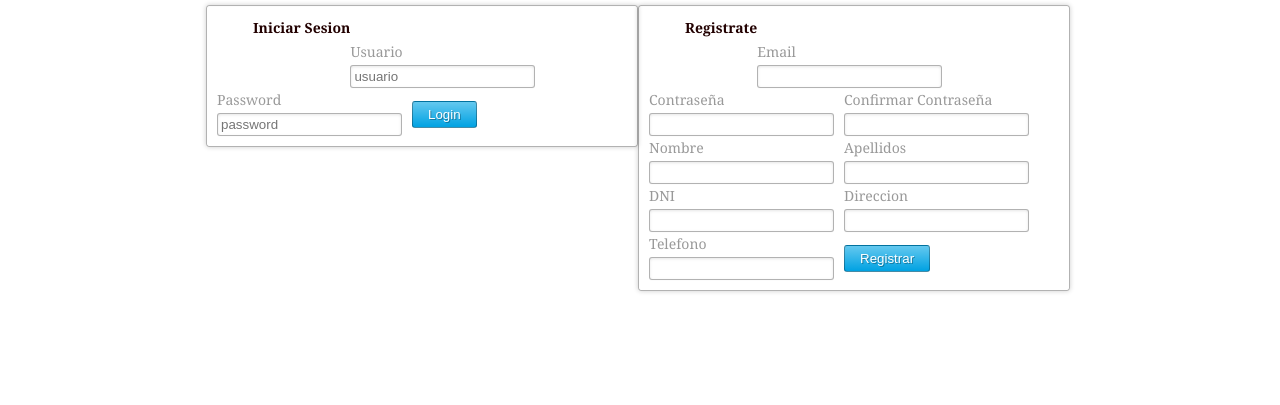
Repository: ProSoft-PDSI/sdsddo
Page: http://localhost/sdsr/LoginRegistro.jsp
These files come from the project's save history. The page is drawn as it stood at one moment and after the next save; the edit follows.
The browser window is 1280 px wide. The pictures show the whole page.
The page is served by Tomcat 9. Other server files are loaded and not shown.

Above is the page before, as saved 2014-07-20 01:59:36.
Console error: TypeError: Cannot read properties of undefined (reading 'appendTo')

### Web/sdsr/WebContent/LoginRegistro.jsp
<%@ page language="java" contentType="text/html; charset=ISO-8859-1"
    pageEncoding="ISO-8859-1"%>
<%@ taglib prefix="c" uri="http://java.sun.com/jsp/jstl/core" %>
<!DOCTYPE html>
<html lang="es">
<head>
<title></title>
<meta charset="utf-8" />
<%@ include file="Carga.jsp" %>
<style type="text/css">
body {
	Background: transparent;
}
</style>
</head>
<body id="page5">
<div class="body6" id="marco">
	<div class="body1" id="marco">
		<div class="main">
<!-- content -->
			<article id="content">
				<div class="wrap">


					<div>
					<form id="ContactForm">
						<section class="loginform cf">
						   <form name="login" action="index_submit" method="get" accept-charset="utf-8">
							<ul>
							    <h1>Registrate</h1>
								<li>
									<label for="usermail"><br>Email</label>
									<input type="text" name="usermail"  required>
								</li>
								<li>
									<label for="password">Contraseña</label>
									<input type="text" name="password"  required>
								</li>
								<li>
									<label for="password">Confirmar Contraseña</label>
									<input type="text" name="password"  required>
								</li>
								<li>
									<label for="Nombre">Nombre</label>
									<input type="text" name="Nombre"  required>
								</li>
								<li>
									<label for="Apellido">Apellidos</label>
									<input type="text" name="Apellido"  required>
								</li>
								<li>
									<label for="Number">DNI</label>
									<input type="text" name="Number"  required>
								</li>
								<li>
									<label for="Direccion">Direccion</label>
									<input type="text" name="Direccion"  required>
								</li>
								<li>
									<label for="Number">Telefono</label>
									<input type="text" name="Number"  required>
								</li>
								<li>
									<input type="submit" value="Registrar">
								</li>
							</ul>
						</form>
					</section>
							</form>
						</div>
				 <div>
					<form id="ContactForm">
						<section class="loginform cf">
							<form name="login" action="index_submit" method="get" accept-charset="utf-8">
								<ul>
								   <h1> Iniciar Sesion </h1>
									<li>
										<label for="usuario"><br>Usuario</label>
										<input type="text" name="usuario" placeholder="usuario" required>
									</li>
									<li>
										<label for="password">Password</label>
										<input type="password" name="contrasenia" placeholder="password" required></li>
									<li>
										<input type="submit" value="Login">
									</li>
								</ul>
								</form>
						</section>
					</form>
					</div>
				</div>
			</article>
		</div>
	</div>
</div>
<script type="text/javascript"> Cufon.now(); </script>
</body>

</html>

### Web/sdsr/WebContent/Carga.jsp
<link rel="stylesheet" href="css/reset.css" type="text/css" media="all">
<link rel="stylesheet" href="css/layout.css" type="text/css" media="all">
<link rel="stylesheet" href="css/style.css" type="text/css" media="all">
<link rel="stylesheet" href="css/estilos.css" type="text/css" media="all">
<script type="text/javascript" src="js/jquery-1.6.js" ></script>
<script type="text/javascript" src="js/cufon-yui.js"></script>
<script type="text/javascript" src="js/cufon-replace.js"></script>
<script type="text/javascript" src="js/Forum_400.font.js"></script>
<script type="text/javascript" src="js/jquery.easing.1.3.js"></script>
<script type="text/javascript" src="js/tms-0.3.js"></script>
<script type="text/javascript" src="js/tms_presets.js"></script>
<script type="text/javascript" src="js/script.js"></script>
<script type="text/javascript" src="js/atooltip.jquery.js"></script>

### Web/sdsr/WebContent/css/layout.css
.col1, .col2, .col3, .cols  {float:left}
.cols {width:300px}
.col1 {width:630px}
.col2 {width:240px}
.col3 {width:570px}
/* index.html */
/* index-1.html */
#page2 .box .list1 {margin-top:-7px}
/* index-2.html */
#page3 h2.letter_spacing {word-spacing:-2px}
/* index-3.html */
#page4 .box .list1 {margin-top:-7px}
#page4 h2.pad_bot1 {padding-bottom:5px}
/* index-4.html */
#page5 .box > div {background: url(../images/box_top2.png) top center no-repeat}
#page5 #content2 h2 {padding-bottom:4px}
/* index-5.html */
/* index-6.html */

### Web/sdsr/WebContent/css/style.css
/* Getting the new tags to behave */
article, aside, audio, canvas, command, datalist, details, embed, figcaption, figure, footer, header, hgroup, keygen, meter, nav, output, progress, section, source, video {display:block}
mark, rp, rt, ruby, summary, time {display:inline}
/* Left & Right alignment */
.left {float:left}
.right {float:right}
.wrapper {width:100%;overflow:hidden}
.wrap{overflow:hidden;width:965px;margin-left:-5px;padding-left:5px}
/* Global properties */
body {background:url(../images/bg_bot.jpg) center 0 repeat #faf3ed;border:0;font:14px Georgia, "Times New Roman", Times, serif;color:#200;line-height:24px}
.ic, .ic a {border:0;float:right;background:#fff;color:#f00;width:50%;line-height:10px;font-size:10px;margin:-220% 0 0 0;overflow:hidden;padding:0}
.css3{border-radius:8px;-moz-border-radius:8px;-webkit-border-radius:8px;box-shadow:0 0 4px rgba(0, 0, 0, .4);-moz-box-shadow:0 0 4px rgba(0, 0, 0, .4);-webkit-box-shadow:0 0 4px rgba(0, 0, 0, .4);position:relative}
/* Global Structure */
.main {	margin:0 auto;	width:960px}
.body1 {background:url(../images/restaurant.jpg) top center no-repeat}
.body2 {background:#faf3ed}
.body3 {background:url(../images/bg_bot.jpg) top center repeat}
.body4 {background:url(../images/bg_bot_img.jpg) top center no-repeat}
.body5 {background:url(../images/slider_shadow.png) center 508px no-repeat}
.body6 {background:url(../images/bg_top.jpg) top repeat-x}
/* main layout */
a {color:#a80002;text-decoration:none;outline:none}
a:hover {text-decoration:underline}
h1 {float:left;padding:0px 0 0 36px}
h2 {font-size:41px;line-height:1.2em;color:#200000;padding:16px 0 12px 0;letter-spacing:-2px}
h2.letter_spacing {letter-spacing:-3px}
h3 {font-size:27px;color:#230000;line-height:1.2em;padding:20px 0 9px 0;letter-spacing:-1px}
h3 span {color:#a80002}
p {padding-bottom:24px}
/* header */
header {height:121px;padding-top:31px;width:100%;overflow:hidden}
label {
	display: block;
	color: #999;
}
.cf:before,
.cf:after {
    content: "";
    display: table;
}

.cf:after {
    clear: both;
}
.cf {
    *zoom: 1;
}
:focus {
	outline: 0;
}
.loginform {
	width: 410px;
	margin: 10px auto;
	padding: 10px;
	border-radius: 3px;
    box-shadow: 0px 0px 5px 0px rgba(0, 0, 0, 0.2),
    			inset 0px 1px 0px 0px rgba(250, 250, 250, 0.5);
    border: 1px solid rgba(0, 0, 0, 0.3);
    float: right;
}
.loginform ul {
	padding: 0;
	margin: 0;
}
.loginform li {
	display: inline;
	float: left;
}
.loginform input:not([type=submit]) {
	padding: 3px;
	margin-right: 10px;
	border: 1px solid rgba(0, 0, 0, 0.3);
	border-radius: 3px;
	box-shadow: inset 0px 1px 3px 0px rgba(0, 0, 0, 0.1),
				0px 1px 0px 0px rgba(250, 250, 250, 0.5) ;
}
.loginform input[type=submit] {
	border: 1px solid rgba(0, 0, 0, 0.3);
	background: #64c8ef; /* Old browsers */
	background: -moz-linear-gradient(top,  #64c8ef 0%, #00a2e2 100%); /* FF3.6+ */
	background: -webkit-gradient(linear, left top, left bottom, color-stop(0%,#64c8ef), color-stop(100%,#00a2e2)); /* Chrome,Safari4+ */
	background: -webkit-linear-gradient(top,  #64c8ef 0%,#00a2e2 100%); /* Chrome10+,Safari5.1+ */
	background: -o-linear-gradient(top,  #64c8ef 0%,#00a2e2 100%); /* Opera 11.10+ */
	background: -ms-linear-gradient(top,  #64c8ef 0%,#00a2e2 100%); /* IE10+ */
	background: linear-gradient(to bottom,  #64c8ef 0%,#00a2e2 100%); /* W3C */
	filter: progid:DXImageTransform.Microsoft.gradient( startColorstr='#64c8ef', endColorstr='#00a2e2',GradientType=0 ); /* IE6-9 */
	color: #fff;
	padding: 5px 15px;
	margin-right: 0;
	margin-top: 13px;
	border-radius: 3px;
	text-shadow: 1px 1px 0px rgba(0, 0, 0, 0.3);
}

.ac_content h1{
	color:#fff;
	display:block;
	float:left;
	width:80px;
	height:20px;
	padding:0px;
	font-size:28px;
	font-weight:bold;
	line-height:30px;
	margin-right:1px;
}
.ac_content h1 span{
	display:block;
	font-weight:normal;
	font-size:18px;
}

#top_nav {float:right;padding:4px 43px 30px 0}
#top_nav li {float:left;padding:3px 26px 5px 0;background:url(../images/top_line.gif) right 0 no-repeat;margin-right:25px}
#top_nav li a {display:block;line-height:0}
#top_nav .end {background:none;padding-right:0;margin-right:0}
#menu {width:633px;float:right;padding:0 0 0 0}
#menu li {float:left;padding-left:3px}
#menu li a {display:block;font-size:24px;color:#faf3ed;line-height:75px;padding:0 15px;height:60px;letter-spacing:-1px}
/* #menu li a {display:block;font-size:24px;color:#faf3ed;line-height:100px;padding:0 15px;height:80px;letter-spacing:-1px}*/
#menu li a:hover, #menu .active a {text-decoration:none;background:url(../images/menu_bg.png) repeat}
.slider_bg {width:100%;height:404px;background: url(../images/bg_slider.jpg) 0 0 no-repeat;position:relative;overflow:hidden;box-shadow:0 0 5px rgba(0, 0, 0, .4);-moz-box-shadow:0 0 5px rgba(0, 0, 0, .4);-webkit-box-shadow:0 0 5px rgba(0, 0, 0, .4);margin-bottom:35px}
.slider {top:10px;right:10px;position:absolute;z-index:1;width:920px}
.slider .items {display:none}
.slider .pic {float:right;position:relative}
.banner {left:0px;top:0;position:absolute;width:271px;z-index:2;text-align:center}
.banner strong {font-size:52px;color:#bf0f0a;display:block;line-height:1.2em;text-transform:uppercase;padding:55px 0 0 0;letter-spacing:-2px}
.banner strong span {display:block;margin-top:-16px}
.banner b {display:block;font-size:27px;color:#312826;text-transform:uppercase;padding:0 0 23px 0;line-height:1.2em;letter-spacing:-1px}
.banner p {background:url(../images/quot1.png) 0 0 no-repeat}
.banner p span {display:block;background:url(../images/quot2.png) right bottom no-repeat;padding:0 0 0 0;color:#6c5f5b;padding-bottom:2px}
.slider .pagination {position:absolute;z-index:2;bottom:10px;left:107px}
.slider .pagination li {float:left;padding-right:3px}
.slider .pagination a {display:block;width:17px;height:17px;text-indent:-9999px;background:url(../images/buttons.png) right 0 no-repeat}
.slider .pagination a:hover, .slider .pagination .current a {background-position:left}
/* content */
#content {padding-bottom:40px}
#content2 {padding-bottom:31px}
.pad_left1 {padding-left:30px}
.pad_bot1 {padding-bottom:13px}
.pad_bot2 {padding-bottom:24px}
.marg_right1 {margin-right:20px}
.box {background:url(../images/box_bg.png) repeat;color:#faf3ed;box-shadow:0 0 5px rgba(0, 0, 0, .4);-moz-box-shadow:0 0 5px rgba(0, 0, 0, .4);-webkit-box-shadow:0 0 5px rgba(0, 0, 0, .4)}
.box > div {background:url(../images/box_top.png) 0 top no-repeat;padding:30px;padding-top:0;overflow:hidden}
.box h2 {color:#a80002;padding:15px 0 12px 0}
.box h2 span {color:#faf3ed}
.box figure {padding-bottom:13px}
.list1 li a {font-style:italic;padding-left:12px;background:url(../images/marker_1.gif) 1px 8px no-repeat;color:#faf3ed}
.list_1 {color:#fff}
.list_1:hover {text-decoration:none}
.button1 {display:inline-block;font-size:20px;color:#faf3ed;line-height:34px;padding:0 15px;background:#a80002;letter-spacing:-1px}
.button1:hover {text-decoration:none;color:#1e0000;background:#faf3ed}
.testimonials li span {float:left;width:40px;height:40px;font-size:30px;color:#faf3ed;line-height:34px;text-align:center;background:#a80002;margin-right:20px}
.testimonials li p {float:left;width:180px;padding-bottom:15px}
.testimonials li img {padding-top:2px}
.line1 {background:url(../images/line_vert1.gif) 285px 0 repeat-y}
.line2 {background:url(../images/line_vert1.gif) 615px 0 repeat-y}
.price {margin-top:-7px}
.price li {overflow:hidden;background:url(../images/price_bg.gif) 0 -6px repeat-x}
.price a {float:left;color:#220000;background:url(../images/marker_2.gif) 1px 11px no-repeat #faf3ed;padding-left:12px}
.price a:hover {text-decoration:none;color:#a80002}
.price span {float:right;background:#faf3ed}
.address {padding-bottom:0}
.address span {float:left;width:84px}
/* footer */
footer {height:138px;font:13px "Trebuchet MS", Arial, Helvetica, sans-serif;color:#696969;line-height:18px}
footer a {color:#c53005;text-decoration:underline}
footer a:hover {text-decoration:none}
#icons {padding:5px 0 0 0}
#icons li {float:left;padding-right:9px}
/* Tooltips */
.aToolTip {background:#a80002;color:#fff;	margin:0;padding:2px 10px 3px;font-size:11px;position:absolute;line-height:17px}
.aToolTip .aToolTipContent {position:relative;	margin:0;padding:0}
/* forms */
#ContactForm {margin-top:-5px;width:910px}
#ContactForm span {float:left;width:111px;line-height:20px}
#ContactForm .wrapper {min-height:24px}
#ContactForm .textarea_box {min-height:170px;width:100%;overflow:hidden;padding-bottom:9px}
#ContactForm {}
#ContactForm a {margin-left:20px;float:right}
#ContactForm .input {width:399px;height:18px;background:#faf3ed;padding:1px 5px;color:#220000;font:14px Georgia, "Times New Roman", Times, serif;margin:0;float:left}
#ContactForm textarea {overflow:auto;width:789px;height:163px;background:#faf3ed;padding:1px 5px;color:#220000;font:14px Georgia, "Times New Roman", Times, serif;margin:0}

### Web/sdsr/WebContent/css/estilos.css
#marco{
	background: transparent;
}

.marco{
	height:80em;
	width:101%;
}

### Web/sdsr/WebContent/js/cufon-replace.js
Cufon.replace('#menu a, .banner strong, .banner b, h2, h3', { fontFamily: 'Forum', hover:true });

### Web/sdsr/WebContent/js/atooltip.jquery.js
/*
	jQuery Version:				jQuery 1.3.2
	Plugin Name:				aToolTip V 1.0
	Plugin by: 					Ara Abcarians: http://ara-abcarians.com
	License:					aToolTip is licensed under a Creative Commons Attribution 3.0 Unported License
								Read more about this license at --> http://creativecommons.org/licenses/by/3.0/
*/
(function($) {
    $.fn.aToolTip = function(options) {

    	// setup default settings
    	var defaults = {
    		clickIt: false,
    		closeTipBtn: 'aToolTipCloseBtn',
    		fixed: false,
    		inSpeed: 200,
    		outSpeed: 0,
    		tipContent: '',
    		toolTipClass: 'aToolTip',
    		xOffset: 5,
    		yOffset: 5
    	},

    	// This makes it so the users custom options overrides the default ones
    	settings = $.extend({}, defaults, options);

		return this.each(function() {
			var obj = $(this);
			// Decide weather to use a title attr as the tooltip content
			if(obj.attr('title')){
				// set the tooltip content/text to be the obj title attribute
				var tipContent = obj.attr('title');
			} else {
				// if no title attribute set it to the tipContent option in settings
				var tipContent = settings.tipContent;
			}

			// check if obj has a title attribute and if click feature is off
			if(tipContent && !settings.clickIt){
				// Activate on hover
				obj.hover(function(el){
					obj.attr({title: ''});
					$('body').append("<div class='"+ settings.toolTipClass +"'><p class='aToolTipContent'>"+ tipContent +"</p></div>");
					$('.' + settings.toolTipClass).css({
						position: 'absolute',
						display: 'none',
						zIndex: '50000',
						top: (obj.offset().top - $('.' + settings.toolTipClass).outerHeight() - settings.yOffset) + 'px',
						left: (obj.offset().left + 1/2*(obj.outerWidth()) + settings.xOffset) + 'px'
					})
					.stop().fadeIn(settings.inSpeed);
			    },
				function(){
					// Fade out
					$('.' + settings.toolTipClass).stop().fadeOut(settings.outSpeed, function(){$(this).remove();});
			    });
		    }

		    // Follow mouse if fixed is false and click is false
		    if(!settings.fixed && !settings.clickIt){
				obj.mousemove(function(el){
					$('.' + settings.toolTipClass).css({
						top: (el.pageY - $('.' + settings.toolTipClass).outerHeight() - settings.yOffset),
						left: (el.pageX + settings.xOffset)
					})
				});
			}

		    // check if click feature is enabled
		    if(tipContent && settings.clickIt){
				// Activate on click
				obj.click(function(el){
					obj.attr({title: ''});
					$('body').append("<div class='"+ settings.toolTipClass +"'><p class='aToolTipContent'>"+ tipContent +"</p></div>");
					$('.' + settings.toolTipClass).append("<a class='"+ settings.closeTipBtn +"' href='#' alt='close'>close</a>");
					$('.' + settings.toolTipClass).css({
						position: 'absolute',
						display: 'none',
						zIndex: '50000',
						top: (obj.offset().top - $('.' + settings.toolTipClass).outerHeight() - settings.yOffset) + 'px',
						left: (obj.offset().left + obj.outerWidth() + settings.xOffset) + 'px'
					})
					.fadeIn(settings.inSpeed);
					// Click to close tooltip
					$('.' + settings.closeTipBtn).click(function(){
						$('.' + settings.toolTipClass).fadeOut(settings.outSpeed, function(){$(this).remove();});
						return false;
					});
					return false;
			    });
		    }

		}); // END: return this

		// returns the jQuery object to allow for chainability.
        return this;
    };
})(jQuery);

$(document).ready(function() {
		// tool tip
	$('.normaltip').aToolTip({
    	toolTipClass: 'aToolTip'});

})

Loaded but not shown: Web/sdsr/WebContent/css/reset.css (common file); Web/sdsr/WebContent/js/jquery-1.6.js (library); Web/sdsr/WebContent/js/cufon-yui.js (library); Web/sdsr/WebContent/js/Forum_400.font.js (library); Web/sdsr/WebContent/js/jquery.easing.1.3.js (library); Web/sdsr/WebContent/js/script.js (common file); Web/sdsr/WebContent/js/tms_presets.js (489 lines, source omitted); Web/sdsr/WebContent/js/tms-0.3.js (395 lines, source omitted)

After the next save:
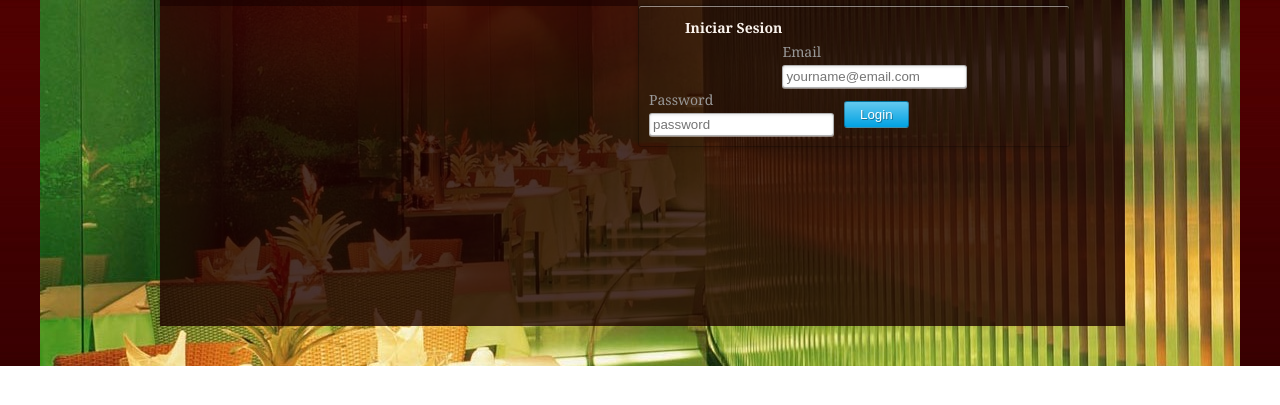
Saved 3 min 21 s later.
--- a/Web/sdsr/WebContent/LoginRegistro.jsp
+++ b/Web/sdsr/WebContent/LoginRegistro.jsp
@@ -14,31 +14,50 @@ body {
 </style>
 </head>
 <body id="page5">
-<div class="body6" id="marco">
-	<div class="body1" id="marco">
+<div class="body6">
+	<div class="body1">
 		<div class="main">
 <!-- content -->
+
 			<article id="content">
 				<div class="wrap">
-
-
+					<div class="box">
+					<form id="ContactForm">
+						<section class="loginform cf">
+							<form name="login" action="index_submit" method="get" accept-charset="utf-8">
+								<ul>
+								   <h1>Iniciar Sesion </h1>
+									<li>
+										<label for="usermail"><br>Email</label>
+										<input type="email" name="usermail" placeholder="yourname@email.com" required>
+									</li>
+									<li>
+										<label for="password">Password</label>
+										<input type="password" name="password" placeholder="password" required></li>
+									<li>
+										<input type="submit" value="Login">
+									</li>
+								</ul>
+							</form>
+						</section>
+					</form>
 					<div>
-					<form id="ContactForm">
+						<form id="ContactForm">
 						<section class="loginform cf">
 						   <form name="login" action="index_submit" method="get" accept-charset="utf-8">
 							<ul>
 							    <h1>Registrate</h1>
 								<li>
 									<label for="usermail"><br>Email</label>
-									<input type="text" name="usermail"  required>
+									<input type="email" name="usermail"  required>
 								</li>
 								<li>
 									<label for="password">Contraseña</label>
-									<input type="text" name="password"  required>
+									<input type="password" name="contrasenia1"  required>
 								</li>
 								<li>
 									<label for="password">Confirmar Contraseña</label>
-									<input type="text" name="password"  required>
+									<input type="password" name="contrasenia2"  required>
 								</li>
 								<li>
 									<label for="Nombre">Nombre</label>
@@ -49,8 +68,8 @@ body {
 									<input type="text" name="Apellido"  required>
 								</li>
 								<li>
-									<label for="Number">DNI</label>
-									<input type="text" name="Number"  required>
+									<label for="dni">DNI</label>
+									<input type="text" name="dni"  required>
 								</li>
 								<li>
 									<label for="Direccion">Direccion</label>
@@ -58,7 +77,7 @@ body {
 								</li>
 								<li>
 									<label for="Number">Telefono</label>
-									<input type="text" name="Number"  required>
+									<input type="Text" name="telefono"  required>
 								</li>
 								<li>
 									<input type="submit" value="Registrar">
@@ -68,26 +87,6 @@ body {
 					</section>
 							</form>
 						</div>
-				 <div>
-					<form id="ContactForm">
-						<section class="loginform cf">
-							<form name="login" action="index_submit" method="get" accept-charset="utf-8">
-								<ul>
-								   <h1> Iniciar Sesion </h1>
-									<li>
-										<label for="usuario"><br>Usuario</label>
-										<input type="text" name="usuario" placeholder="usuario" required>
-									</li>
-									<li>
-										<label for="password">Password</label>
-										<input type="password" name="contrasenia" placeholder="password" required></li>
-									<li>
-										<input type="submit" value="Login">
-									</li>
-								</ul>
-								</form>
-						</section>
-					</form>
 					</div>
 				</div>
 			</article>
@@ -96,5 +95,4 @@ body {
 </div>
 <script type="text/javascript"> Cufon.now(); </script>
 </body>
-
 </html>
